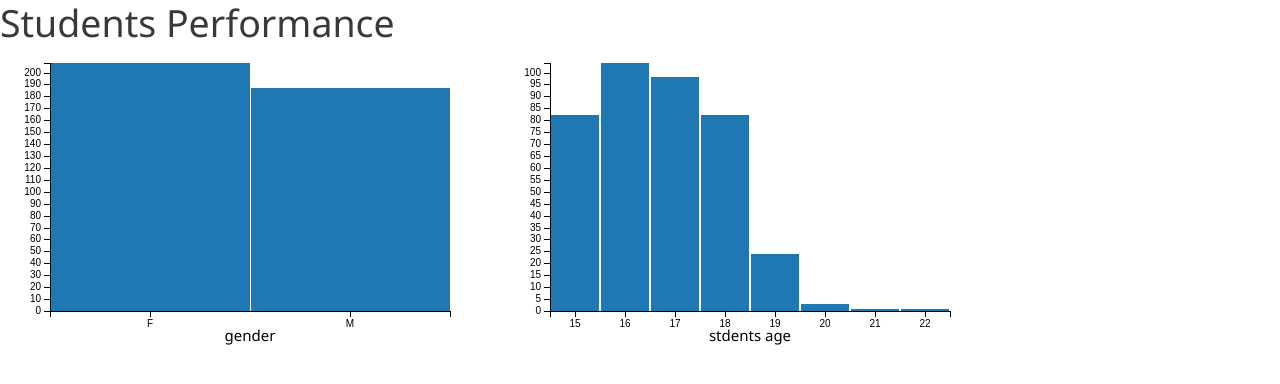
Repository: Baal89/second-milestone-project
Page: index.html
The author's editor kept a record of every edit. The page is drawn from the files as they stood at one moment, then again after the next edit.
The browser window is 1280 px wide. The pictures show the whole page.

Above is the page before.

### index.html
<!DOCTYPE html>
<html>
    <head>
        <meta charset="UTF-8">
        <meta name="viewport" content="width=device-width, initial-scale=1.0">
        <meta http-equiv="X-UA-Compatible" content"ie=edge">
        <title> dashboard </title>

        <link rel="stylesheet" href="static/css/bootstrap.min.css" type="text/css" />
        <link rel="stylesheet" href="static/css/dc.min.css" type="text/css" />

        <script type="text/javascript" src="static/js/d3.min.js"></script>
        <script type="text/javascript" src="static/js/crossfilter.min.js"></script>
        <script type="text/javascript" src="static/js/dc.min.js"></script>
        <script type="text/javascript" src="static/js/queue.min.js"></script>
        <script type="text/javascript" src="static/js/graph.js"></script>

    </head>

    <body>


        <h1> Students Performance </h1>

        <div id="gender-balance"></div>

        <div id="age-balance"></div>

        <div id="family-size"></div>


    </body>
</html>

### static/js/graph.js
queue()
    .defer(d3.csv, "data/student-performance.csv")
    .await(makeGraphs);

function makeGraphs(error, performanceData) {
    var ndx = crossfilter(performanceData);

    show_gender_balance(ndx);
    show_age_balance(ndx);

    dc.renderAll();
}

function show_gender_balance(ndx) {
    var dim = ndx.dimension(dc.pluck("sex"));
    var group = dim.group();

    dc.barChart("#gender-balance")
        .width(500)
        .height(300)
        .margins({ top: 10, right: 50, bottom: 30, left: 50 })
        .dimension(dim)
        .group(group)
        .transitionDuration(500)
        .x(d3.scale.ordinal())
        .xUnits(dc.units.ordinal)
        .elasticY(true)
        .xAxisLabel("gender")
        .yAxis().ticks(20);
}

function show_age_balance(ndx) {
     var dim = ndx.dimension(dc.pluck("age"));
    var group = dim.group();

    dc.barChart("#age-balance")
        .width(500)
        .height(300)
        .margins({ top: 10, right: 50, bottom: 30, left: 50 })
        .dimension(dim)
        .group(group)
        .transitionDuration(500)
        .x(d3.scale.ordinal())
        .xUnits(dc.units.ordinal)
        .elasticY(true)
        .xAxisLabel("stdents age")
        .yAxis().ticks(20);
}

Loaded but not shown: static/css/bootstrap.min.css (library); static/css/dc.min.css (library); static/js/d3.min.js (library); static/js/crossfilter.min.js (library); static/js/dc.min.js (library); static/js/queue.min.js (common file)

After the next edit:
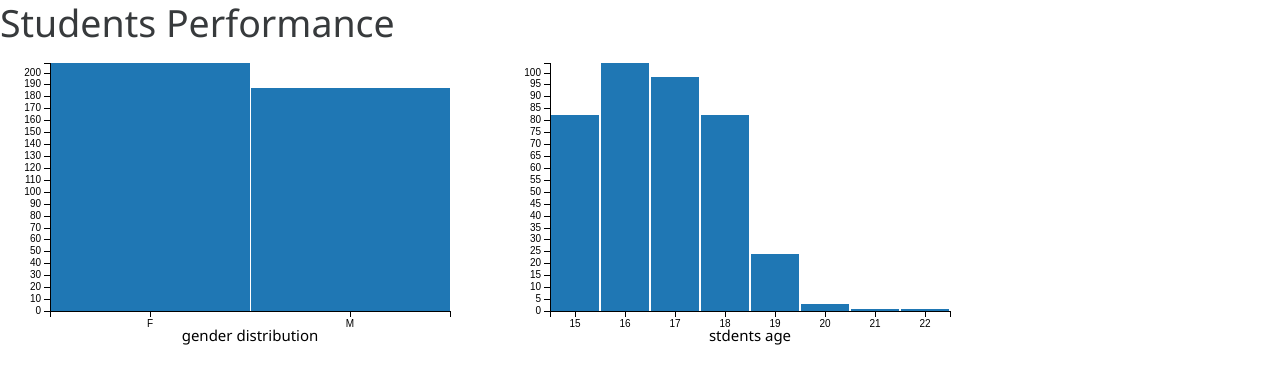
The edit:
--- a/static/js/graph.js
+++ b/static/js/graph.js
@@ -25,7 +25,7 @@
         .x(d3.scale.ordinal())
         .xUnits(dc.units.ordinal)
         .elasticY(true)
-        .xAxisLabel("gender")
+        .xAxisLabel("gender distribution")
         .yAxis().ticks(20);
 }
 
